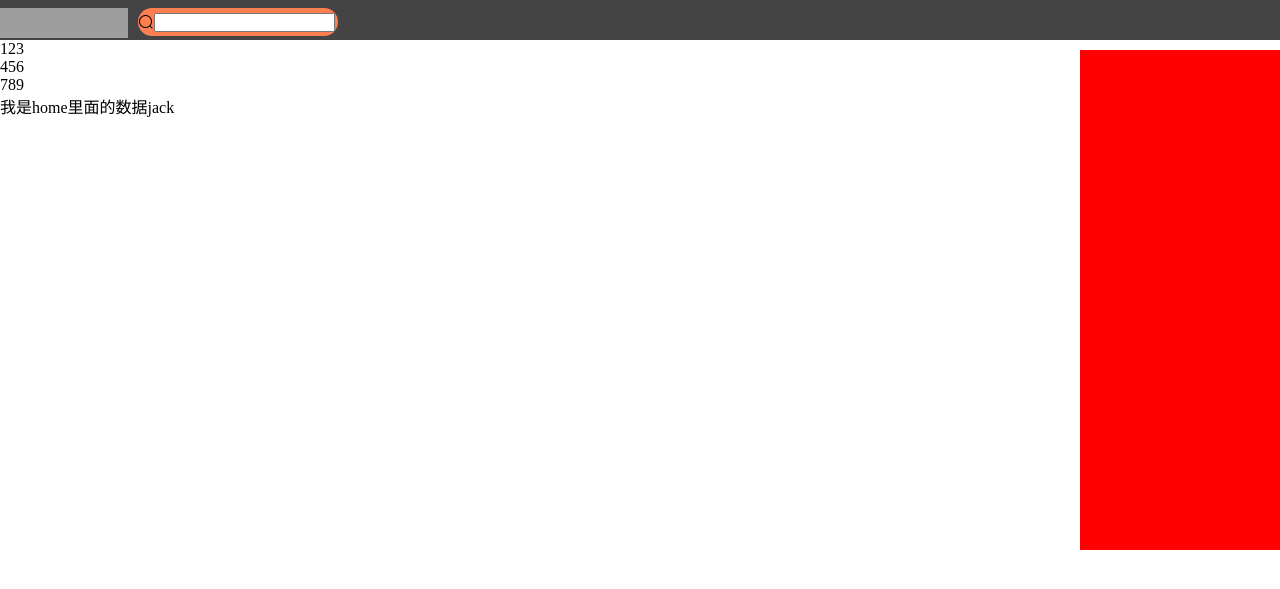
Repository: jinggegeZ/cnode
Page: /
These files come from the project's save history. The page is drawn as it stood at one moment and after the next save; the edit follows.
The browser window is 1280 px wide. The pictures show the whole page.
Pictures or frames that could not be fetched are drawn as grey boxes. The project was rebuilt for these pictures with package versions that can differ from the ones it lists, and the page was loaded fresh each time.

Above is the page before, as saved 2020-06-05 12:06:23.

### src/main.js
import Vue from 'vue'
import App from './App.vue'
import router from './router'
import store from './store'
import ElementUI from 'element-ui'
import 'element-ui/lib/theme-chalk/index.css'


Vue.config.productionTip = false
Vue.use(ElementUI);
new Vue({
  router,
  store,
  render: h => h(App)
}).$mount('#app')

### src/App.vue
<template>
  <div id="app">
    <router-view/>
  </div>
</template>

<style lang="scss">
   * {
  margin: 0;
  padding: 0;
 }
</style>

### src/router/index.js
import Vue from 'vue'
import VueRouter from 'vue-router'
import Home from '../views/Home.vue'
import layout from '../views/layout1/layout'

Vue.use(VueRouter)

  const routes = [
    {
      path:'/home',
      redirect:'/'
    },
  {
    path:'/',
    name:'layout',
    component: layout,
    children: [
      {
        path: '',
        name: 'Home',
        component: Home
      },
    ]
  },

  {
    path: '/about',
    name: 'About',
    component: () => import('../views/About.vue')
  },
  {
    path: '/parents',
    name: 'parents',
    component: () => import('../views/parents/parents.vue'),

  },
]

const router = new VueRouter({
  mode: 'history',
  base: process.env.BASE_URL,
  routes
})

export default router

### src/store/index.js
import Vue from 'vue'
import Vuex from 'vuex'

Vue.use(Vuex)

export default new Vuex.Store({
  state: {
    name:'jack'
  },
  mutations: {
  },
  actions: {
  },
  modules: {
  }
})

### src/views/Home.vue
<template>
 <div>
  <div>123</div>
  <div>456</div>
  <div>789</div>
  <div>我是home里面的数据{{name}}</div>
 </div>
</template>

<script>

 export default {
   data () {
     return {

     }
   },
   components: {

   },
   methods: {

   },
   mounted() {

   },
   watch: {

   },
   computed: {
     name() {
       return this.$store.state.name
     }
   }
 }
</script>

<style scoped>

</style>

### src/views/layout1/layout.vue
<template>
 <div>
    <div class="container">

            <div class="top">
            <top></top>
            </div>

        <div class="content">
            <div>
                <router-view></router-view>
            </div>
            <div class="right">
                <right></right>
            </div>
        </div>
        <div class="below">
            <below></below>
        </div>
    </div>
 </div>
</template>

<script>
    import top from '../../components/top/top'
    import right from '../../components/right/right'
    import below from '../../components/below/below'
 export default {
     name:'layout',
   data () {
     return {

     }
   },
   components: {
       top,
       right,
       below,
   },
   methods: {

   },
   mounted() {

   },
   watch: {

   },
   computed: {
   }
 }
</script>

<style scoped>
    .container {
        width: 100%;
    }


</style>

### src/components/top/top.vue
<template>
  <div>
    <div class="top">
      <div class="box">
        <div class="b-left">
          <div>
            <img
              src="//static2.cnodejs.org/public/images/cnodejs_light.svg"
              alt
              width="128px"
              height="30px"
            />
          </div>
          <div class="ipt">
            <i class="el-icon-search"></i>
            <input type="text">
          </div>
        </div>
        <div></div>
      </div>
    </div>
  </div>
</template>

<script>
export default {
  data() {
    return {};
  },
  components: {},
  methods: {},
  mounted() {},
  watch: {},
  computed: {}
};
</script>

<style scoped >
.top {
  width: 100%;
  height: 40px;
  background: rgb(68, 68, 68);
}
.box {
  max-width: 1400px;
  height: 50px;
  margin: 0 auto;
  display: flex;
  justify-content: space-between;
  align-items: center;
}
.b-left {
  display: flex;
}
.ipt {
  width: 200px;
  height: 28px;
  border-radius: 50px !important;
  overflow: hidden;
  display: flex;
  align-items: center;
  background: coral;
  margin-left: 10px;
}
</style>

### src/components/right/right.vue
<template>
 <div>
    <div class="right"></div>
 </div>
</template>

<script>
 export default {
   data () {
     return {

     }
   },
   components: {

   },
   methods: {

   },
   mounted() {

   },
   watch: {

   },
   computed: {

   }
 }
</script>

<style scoped>
    .right {
        width: 200px;
        height: 500px;
        background: red;
        position: absolute;
        right: 0;
        top: 50px;
    }
</style>

### src/components/below/below.vue
<template>
 <div>
    <div class="foot">
        <div class="f-box"></div>
    </div>
 </div>
</template>

<script>
 export default {
   name: '',
   props: {
   },
   components: {

   },
   data () {
     return {

     }
   },
   methods: {

   },
   mounted() {

   },
   watch: {

   },
   computed: {

   }
 }
</script>

<style scoped>
    .foot {
        width: 100%;
        position: absolute;
        bottom: 0;
    }
    .f-box {
        width: 1400px;
        align-items: center;
        background: skyblue;
    }
</style>

Loaded but not shown: public/index.html (common file)

After the next save:
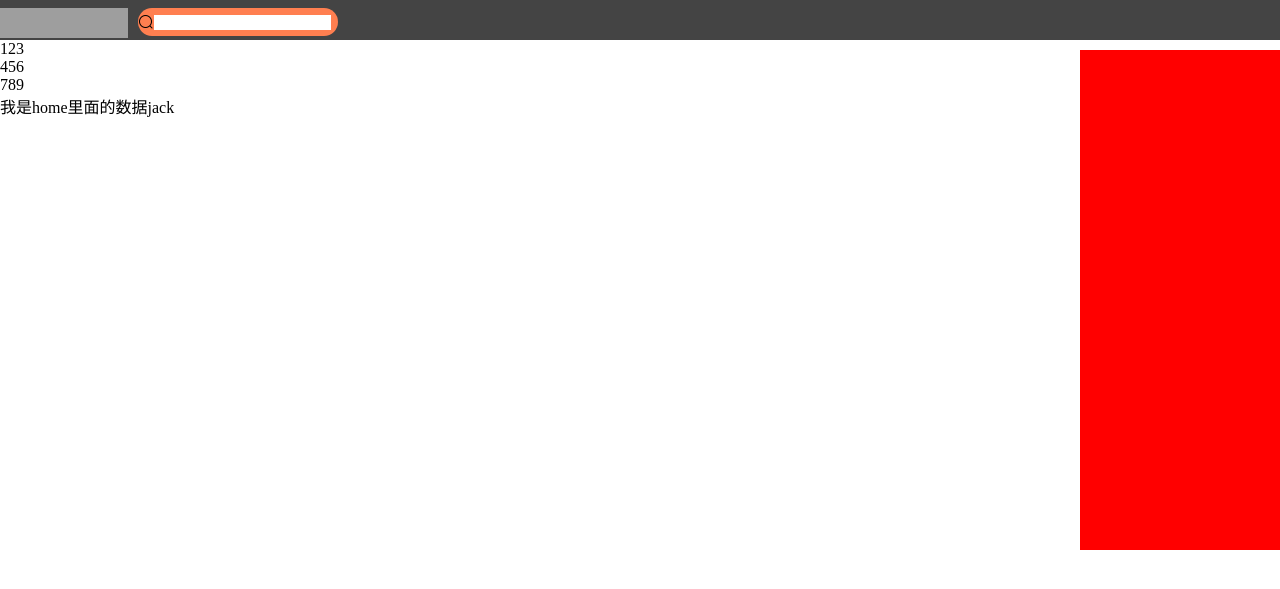
Saved 68 s later.
--- a/src/components/top/top.vue
+++ b/src/components/top/top.vue
@@ -13,7 +13,7 @@
           </div>
           <div class="ipt">
             <i class="el-icon-search"></i>
-            <input type="text">
+            <input type="text" class="item">
           </div>
         </div>
         <div></div>
@@ -62,4 +62,7 @@ export default {
   background: coral;
   margin-left: 10px;
 }
+.item {
+    border: none;
+}
 </style>
